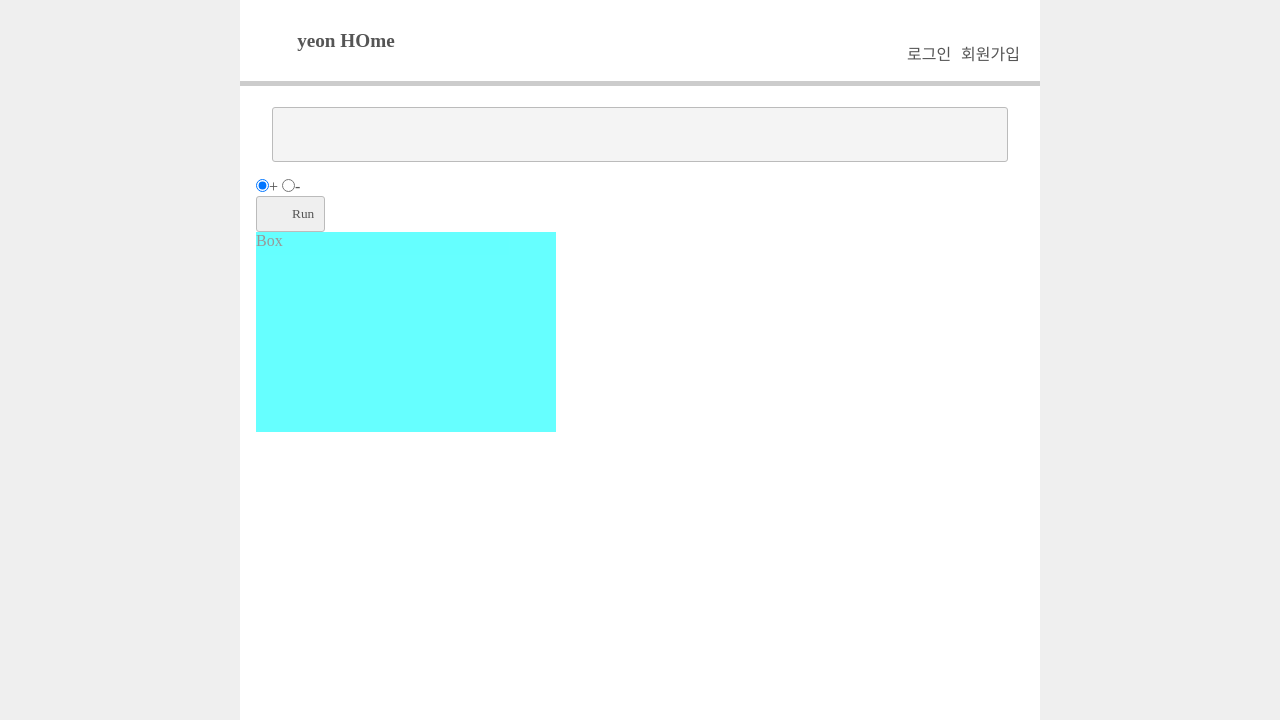
Repository: yeonhwa323/webPro
Page: webPro/src/main/webapp/jquery/days09/ex05_02.html
These files come from the project's save history. The page is drawn as it stood at one moment and after the next save; the edit follows.
The browser window is 1280 px wide. The pictures show the whole page.
After loading, the first visible `button` was clicked once.
Some web fonts or font styles are not loaded; a fallback is used.

Above is the page before, as saved 2024-04-17 05:50:25.

### webPro/src/main/webapp/jquery/days09/ex05_02.html
<!DOCTYPE html>
<html>
<head>
<meta charset="UTF-8">
<meta name="viewport" content="width=device-width, initial-scale=1.0">
<title>Insert title here</title>
<link rel="shortcut icon" type="image/x-icon" href="http://localhost/webPro/images/SiSt.ico">
<script src="https://ajax.googleapis.com/ajax/libs/jquery/3.7.1/jquery.min.js"></script>
<link rel="stylesheet" href="http://localhost/webPro/resources/cdn-main/example.css">
<script src="http://localhost/webPro/resources/cdn-main/example.js"></script>
<style>
 span.material-symbols-outlined{
   vertical-align: text-bottom;
 }
</style>
<style>
  #box{
  	width: 100px;
  	height: 100px;

  	position: absolute; /*절대좌표, 상대좌표*/

  	background-color: aqua;
  }
</style>
</head>
<body>
<header>
  <h1 class="main"><a href="#" style="position: absolute;top:30px;">yeon HOme</a></h1>
  <ul>
    <li><a href="#">로그인</a></li>
    <li><a href="#">회원가입</a></li>
  </ul>
</header>
<div>
  <xmp class="code">
  </xmp>

  <input type="radio" name="direction" value="+" checked="checked"/>+</input>
  <input type="radio" name="direction" value="-" />-</input>
  <br>
  <button>Run</button>

  <div id="box">Box</div>

</div>

 <script>
   $("button").on("click", function () {
	   // animate() 메서드는
	   // 대기열(Queue) 기능과 함께 사용할 수 있다.
	   //   FIFO 구조(first in, first out)

	   // 		  대기열(Queue) - 순서적으로 처리하는 과정을 거침.
	   // A 사람  1) 방청소  2) 마트 3) 저녁준비

	   $("#box")
	   		.animate({ height: "300px", opacity: "0.4"}, "slow")
	   		.animate({ width: "300px", opacity: "0.8"}, "slow")
	   		.animate({ height: "100px", opacity: "0.4"}, "slow")
	   		.animate({ width: "100px", opacity: "0.8"}, "slow")
	   		.animate({ fontSize: "3em"} );
   		});

 </script>

 <!-- [1]
 <script>
   $("button").on("click", function () {
	   let direction =
		   $(":radio[name='direction']:checked").val();

	   $("#box").animate({
		   left:`${direction}=50px`
	   });

   });

 </script>
 -->

</body>
</html>

### webPro/src/main/webapp/resources/cdn-main/example.css
@charset "UTF-8";

@import url('https://fonts.googleapis.com/css2?family=Material+Symbols+Outlined:opsz,wght,FILL,GRAD@20..48,100..700,0..1,-50..200');

@font-face {
    font-family: 'GmarketSansMedium';
    src: url('https://cdn.jsdelivr.net/gh/projectnoonnu/noonfonts_2001@1.1/GmarketSansMedium.woff') format('woff');
    font-weight: normal;
    font-style: normal;
}

:root {
	--text-color: #555;
	--sub-text-color: #777;
	--back-color: #EFEFEF;
	--header-color: #444;
	--primary-color: #DEDEDE;
	--secondary-color: #EFEFEF;
	--default-width: 800px;
	--narrow-width: 500px;
	--wide-width: 1200px;
	--text-font: 'GmarketSansMedium';
	--icon-font: 'Material Symbols Outlined';
	--border-color: #CCC;
}

html, body {
	margin: 0;
	padding: 0;
}

html {
	background-color: var(--back-color);
	display: flex;
	justify-content: center;
	min-height: 100vh;
}

body, body.default {
	width: var(--default-width);
	background-color: white;
	padding-bottom: 120px;
}

body.wide {
	width: var(--wide-width);
}

body.narrow {
	width: var(--narrow-width);
}



body, p, div, span, a, input, select, option, textarea, button, table, th, td, label, fieldset, legend {
	font-family: var(--text-font);
	color: var(--text-color);
}

h1, h2, h3 {
	font-family: var(--text-font);
	color: var(--header-color);
	padding: 0 1rem;
	padding-top: .5rem;
}

div > h1, div > h2, div > h3 {
	padding: 0;
}

body > div, body > main > div {
	padding: 0.3rem 1rem;
}


h1 { font-size: 2rem; border-bottom: 1px solid var(--border-color); }
h1 small { font-size: 1.2rem; color: var(--sub-text-color); }
h2 { font-size: 1.5rem; border-bottom: 1px dashed var(--border-color); }
h2 small { font-size: 1.1rem; color: --sub-text-color; }
h3 { font-size: 1.2rem; }
h3 small { font-size: 1rem; color: --sub-text-color; }



h1.main::before {
	font-family: var(--icon-font);
  	content: '\e666';
  	margin-right: 10px;
  	float: left;
	font-size: 2.5rem;
}

h1.sub::before {
	font-family: var(--icon-font);
  	content: '\ea19';
  	margin-right: 10px;
  	float: left;
	font-size: 2.5rem;
}


h1.page::before {
	font-family: var(--icon-font);
  	content: '\e0e0';
  	margin-right: 10px;
  	float: left;
	font-size: 2.5rem;
}

body > header > ul > li > .active{
	background-color: #FFF;
	color:#F00;
}

body > header {
	display: flex;
	justify-content: space-between;
	border-bottom: 5px solid var(--border-color);
	min-height: 74px;
	background-color: #FFF;
}

body > header.sticky {
	position: sticky;
	top: 0;
	z-index: 98;
}

body > header > h1 {
	font-size: 1.2rem;
	border: 0;
}

body > header.in > h1::before {
	font-family: var(--icon-font);
  	content: '\e332‥';
  	margin-right: 3px;
  	float: left;
	font-size: 2rem;
}


body > header > ul {
	list-style-type: none;
	display: flex;
	align-items: flex-end;
	margin-right: 10px;
}

body > header > ul > li {
	margin-right: 10px;
	cursor: pointer;
}

body > header > ul > li > a {
	cursor: pointer;
}


form {
	display: block;
}

form > div {
	padding: 0.3rem 1rem;
}

div > form > div {
	padding: 0.3rem 0;
}

input, textarea, button, select {
	border: 1px solid #BBB;
	border-radius: 3px;
	outline: none;
	resize: none;
	padding: 7px;
	margin: 0;
}

input[type=text]:read-only, textarea:read-only {
	cursor: not-allowed;
	background-color: #FFF;
}

input[type=text]:disabled, textarea:disabled {
	cursor: not-allowed;
	background-color: #EEE;
}

input[type=text], input[type=password], textarea, button, select {
	/* width: 300px; */
}

textarea {
	display: block;
	height: 100px;
}

input[type=button], input[type=submit], button {
	/* width: inherit; */
}

input.short, textarea.short, button.short, select.short {
	width: 100px;
}

input.long, textarea.long, button.long, select.long {
	width: 350px;
}

.narrow input.long, .narrow textarea.long, .narrow button.long, .narrow select.long {
	width: calc(100% - 20px);
}

input.full, textarea.full, button.full, select.full {
	width: calc(100% - 20px);
}

textarea.short {
	height: 50px;
}

textarea.long {
	height: 100px;
}

textarea.full {
	height: 200px;
}

input, textarea {
	padding-top: 8px;
}

input[type=button], input[type=submit], button {
	padding: 5px 10px;
	background-color: var(--secondary-color);
	cursor: pointer;
	min-height: 36px;
}

input[type=button].primary, input[type=submit].primary, button.primary {
	/* background-color: rgba(100, 149, 237, .2); */
	background-color: var(--primary-color);
}

input[type=button].primary:hover, input[type=submit].primary:hover, button.primary:hover {
	/* background-color: rgba(100, 149, 237, .3); */
	background-color: var(--secondary-color);
}

input[type=button]:hover, input[type=submit]:hover, button:hover {
	background-color: var(--primary-color);
}

button {
	position: relative;
	left: 0;
	top: 0;
	padding-left: 35px;
}

button .material-symbols-outlined {
	position: absolute;
	left: 10px;
	top: 4px;
}

/* k2nik add */
button.login::before {
	font-family: var(--icon-font);
  	content: '\ea77';
	position: absolute;
	left: 11px;
	top: 4px;
	font-size: 1.25rem;
}

/* k2nik logout */
button.logout::before {
	font-family: var(--icon-font);
  	content: '\e9ba';
	position: absolute;
	left: 11px;
	top: 4px;
	font-size: 1.25rem;
}

/* k2nik help */
button.help::before {
	font-family: var(--icon-font);
  	content: '\f1c0';
	position: absolute;
	left: 11px;
	top: 4px;
	font-size: 1.25rem;
}

button.add::before{
	font-family: var(--icon-font);
  	content: '\e746';
	position: absolute;
	left: 11px;
	top: 4px;
	font-size: 1.25rem;
}

button.back::before {
	font-family: var(--icon-font);
  	content: '\e166';
	position: absolute;
	left: 11px;
	top: 4px;
	font-size: 1.25rem;
}

button.list::before {
	font-family: var(--icon-font);
  	content: '\e0ee';
	position: absolute;
	left: 11px;
	top: 4px;
	font-size: 1.25rem;
}


button.del::before {
	font-family: var(--icon-font);
  	content: '\e872';
	position: absolute;
	left: 11px;
	top: 4px;
	font-size: 1.25rem;
}


button.edit::before {
	font-family: var(--icon-font);
  	content: '\e745';
	position: absolute;
	left: 11px;
	top: 4px;
	font-size: 1.25rem;
}


button.login::before {
	font-family: var(--icon-font);
  	content: '\ea77';
	position: absolute;
	left: 11px;
	top: 4px;
	font-size: 1.25rem;
}


button.logout::before {
	font-family: var(--icon-font);
  	content: '\e9ba';
	position: absolute;
	left: 11px;
	top: 4px;
	font-size: 1.25rem;
}


button.in::before {
	font-family: var(--icon-font);
  	content: '\f71a';
	position: absolute;
	left: 11px;
	top: 4px;
	font-size: 1.25rem;
}


button.out::before {
	font-family: var(--icon-font);
  	content: '\f70e';
	position: absolute;
	left: 11px;
	top: 4px;
	font-size: 1.25rem;
}


button.reply::before {
	font-family: var(--icon-font);
  	content: '\e15e';
	position: absolute;
	left: 11px;
	top: 4px;
	font-size: 1.25rem;
}


button.comment::before {
	font-family: var(--icon-font);
  	content: '\e0b9';
	position: absolute;
	left: 11px;
	top: 4px;
	font-size: 1.25rem;
}


button.modal::before {
	font-family: var(--icon-font);
  	content: '\e89e';
	position: absolute;
	left: 11px;
	top: 4px;
	font-size: 1.25rem;
}


button.ok::before {
	font-family: var(--icon-font);
  	content: '\e86c';
	position: absolute;
	left: 11px;
	top: 4px;
	font-size: 1.25rem;
}


button.cancel::before {
	font-family: var(--icon-font);
  	content: '\e5c9';
	position: absolute;
	left: 11px;
	top: 4px;
	font-size: 1.25rem;
}

button.search::before {
	font-family: var(--icon-font);
  	content: '\e8b6';
	position: absolute;
	left: 11px;
	top: 4px;
	font-size: 1.25rem;
}

button.home::before {
	font-family: var(--icon-font);
  	content: '\e88a';
	position: absolute;
	left: 11px;
	top: 4px;
	font-size: 1.25rem;
}


button.sidebar::before {
	font-family: var(--icon-font);
  	content: '\f7e4';
	position: absolute;
	left: 11px;
	top: 4px;
	font-size: 1.25rem;
}


button.sidebar-right::before {
	font-family: var(--icon-font);
  	content: '\f7e5';
	position: absolute;
	left: 11px;
	top: 4px;
	font-size: 1.25rem;
}




button::before {
	font-family: var(--icon-font);
  	content: '\e323';
	position: absolute;
	left: 11px;
	top: 4px;
	font-size: 1.25rem;
}


table {
	border-collapse: collapse;
	margin: 1rem;
	box-sizing: border-box;
	width: calc(100% - 32px);
}

table.content {
	width: auto;
}

div > table {
	margin: 0;
}

table th, table td {
	border: 1px solid var(--border-color);
	padding: 7px;
	font-weight: normal;
}

table th {
	background-color: var(--back-color);
}

table.vertical th {
	width: 150px;
}

table.vertical td {
	width: calc(100% - 182px);
	padding-left: 10px;
}

table.content td, table.content th {
	width: auto;
}

body.narrow table.vertical th {
	width: 100px;
}

body.narrow table.vertical td {
	width: calc(100% - 182px);
}


table + table {
	margin-top: 30px;
}


p {
	padding: 0 1rem;
}

a {
	text-decoration: none;
}

a:hover {
	color: rgba(255, 99, 71, .7);
}

hr {
	border: 0;
	border-top: 1px solid var(--border-color);
	margin: 2rem 0;
}

.message {
	border: 1px solid var(--border-color);
	background-color: #EFEFEF;
	margin: 1rem;
	width: auto;
	padding-top: 10px;
	padding-bottom: 10px;
	font-size: 14px;
}

.message[title]::before {
	content: attr(title);
	display: block;
	border-bottom: 1px solid var(--border-color);
	padding-bottom: 5px;
	margin-bottom: 10px;
	margin-top: 7px;
}

.message.short {
	max-width: 250px;
}

.message.long {
	max-width: 500px;
}

.badge {
	float: right;
	font-size: .8rem;
	margin-top: 2px;
	margin-right: 2px;
	text-shadow: 0 0 7px gray;
}

.badge.left {
	float: none;
	margin-left: 2px;
}

.badge.right {
	float: right;
}

.badge.red {
	border-radius: 50%;
	padding: 2px 5px;
	background-color: rgb(255, 99, 71, .3);
}

.badge.yellow {

	border-radius: 50%;
	padding: 2px 5px;
	background-color: rgb(255, 215, 0, .5);
}

.badge.blue {
	border-radius: 50%;
	padding: 2px 5px;
	background-color: rgb(100, 149, 237, .3);
}

label + label {
	margin-left: 7px;
}

label input[type=checkbox], label input[type=radio] {
	transform: translate(0, 1px);
}

.group {
	display: flex;
}

.modal-content .group {
	margin-bottom: .5rem;
}

.group label {
	border: 1px solid #BBB;
	border-radius: 3px;
	outline: none;
	resize: none;
	padding: 7px 14px;
	margin: 0;
	border-top-right-radius: 0;
	border-bottom-right-radius: 0;
	background-color: #EFEFEF;
	white-space: nowrap;
	font-size: 14px;
}

.group input[type=text] {
	margin-left: -1px;
	border-top-left-radius: 0;
	border-bottom-left-radius: 0;
}

.group select {
	margin-left: -1px;
	border-top-left-radius: 0;
	border-bottom-left-radius: 0;
}

.group input.full[type=text] {
	margin-left: -1px;
	border-top-left-radius: 0;
	border-bottom-left-radius: 0;
	width: 100%;
}

.group input[type=button]:first-child, .group button:first-child {
	border-top-left-radius: 3px;
	border-bottom-left-radius: 3px;
	margin-left: 0px;
}

.group input[type=button], .group button {
	border-radius: 0;
	margin-left: -1px;
}

.group input[type=button]:last-child, .group button:last-child {
	margin-left: -1px;
	border-top-right-radius: 3px;
	border-bottom-right-radius: 3px;
}

.seperate {
	display: flex;
	justify-content: space-between;
}

div.list {
	width: max-content;
	margin: 1rem;
	border: 1px solid #BBB;
	border-radius: 3px;
	padding: 0;
}

div.list.full {
	width: auto;
	display: block;
	margin: 1rem;
	border: 1px solid #BBB;
	border-radius: 3px;
	padding: 0;
}

div.list > div {
	padding: .5rem 1rem;
	margin: 0;
	border-bottom: 1px solid #BBB;
}

div.list > div:last-child {
	border-bottom: 0;
}

pre.code , xmp.code{
	font-family: consols;
	background-color: rgba(150, 150, 150, .1);
	border: 1px solid #BBB;
	border-radius: 3px;
	padding: .5rem 1rem;
	padding-bottom: .6rem;
	margin: 1rem;
}




*[data-modal-window] {
	position: fixed;
	background-color: rgba(0, 0, 0, .3);
	left: 0;
	top: 0;
	display: none;
	justify-content: center;
	align-items: flex-start;
	width: 100%;
	min-height: 100vh;
	z-index: 100;
	opacity: 0;
	transition: 500ms all;
}

*[data-modal-window] .modal-container {
	border-radius: 5px;
	padding: 1rem;
	padding-bottom: .5rem;
	margin-top: -500px;
	opacity: 0;
	width: 500px;
	background-color: #FFF;
	margin-right: 2rem;
	transition: 500ms all;
}

*[data-modal-size=content] .modal-container {
	width: auto;
}

*[data-modal-size=narrow] .modal-container {
	width: 300px;
}

*[data-modal-size=wide] .modal-container {
	width: 760px;
}


*[data-modal-window] .modal-header {
	border-bottom: 1px solid var(--border-color);
	padding: 2px 5px;
}

*[data-modal-window] .modal-content {
	padding: 1rem 5px;
}

*[data-modal-window] .modal-content div:last-child {
	margin-top: 1rem;
	text-align: right;
}



*[data-sidebar-window] {
	position: fixed;
	background-color: #FFF;
	left: 0;
	top: 0;
	display: block;
	width: 300px;
	border-right: 1px solid var(--border-color);
	box-sizing: border-box;
	box-shadow: 0 0 3px var(--back-color);
	min-height: 100vh;
	z-index: 99;
	transform: translate(-300px, 0);
	transition-duration: 500ms;
	transition-property: transform;
}

*[data-sidebar-direction=right] {
	left: auto;
	right: 0;
	transform: translate(300px, 0);
	border-left: 1px solid var(--border-color);
}

*[data-sidebar-size=wide] {
	width: 500px;
	transform: translate(-500px, 0);
}

*[data-sidebar-window] .sidebar-title {
	border-bottom: 1px solid var(--border-color);
	margin-top: 20px;
	margin-bottom: 20px;
	padding-bottom: 5px;
	display: flex;
	justify-content: space-between;
}

*[data-sidebar-window] .sidebar-title span:last-child {
	cursor: pointer;
}


/* K2Nik pagination */
.center {
  text-align: center;
}

.pagination {
  display: inline-block;
}

.pagination a {
  color: black;
  float: left;
  padding: 3px 6px;
  text-decoration: none;
  transition: background-color .3s;
  border: 1px solid #ddd;
  margin: 0 3px;
}

.pagination a.active {
  background-color: #4CAF50;
  color: white;
  border: 1px solid #4CAF50;
}

.pagination a:hover:not(.active) {background-color: #ddd;}

### webPro/src/main/webapp/resources/cdn-main/example.js

window.onload = () => {

    const list = document.querySelectorAll('input, textarea');

    list.forEach(item => {
        item.setAttribute('autocomplete', 'off');
    });


    const modal_btn_list = document.querySelectorAll('*[data-modal-button]');

    modal_btn_list.forEach(item => {
        item.onclick = function() {

            const name = this.dataset['modalButton'];
            const modal_window = document.querySelector('*[data-modal-window=' + name);

            const container = document.createElement('div');
            container.className = 'modal-container';



            const modal_header = document.createElement('div');
            modal_header.textContent = modal_window.dataset['modalTitle'];
            modal_header.className = 'modal-header';
            container.appendChild(modal_header);

            const modal_content = document.createElement('div');
            modal_content.className = 'modal-content';
            container.appendChild(modal_content);

            Array.from(modal_window.childNodes).forEach(item => {
                modal_content.appendChild(item);
            });

            modal_window.appendChild(container);

            modal_window.style.display = 'flex';

            setTimeout(() => {
                modal_window.style.opacity = 1;
                container.style.marginTop = '20px';
                container.style.opacity = 1;
            }, 50);


            const modal_ok = document.querySelector('*[data-modal-ok=' + name);
            modal_ok.addEventListener('click', function() {
                modal_window.style.opacity = 0;
                container.style.marginTop = '-500px';
                container.style.opacity = 0;

                setTimeout(() => {
                    modal_window.innerHTML = modal_content.innerHTML;
                    modal_window.style.display = 'none';
                }, 500);

            });

            const modal_cancel = document.querySelector('*[data-modal-cancel=' + name);
            modal_cancel.addEventListener('click', function() {

                modal_window.style.opacity = 0;
                container.style.marginTop = '-500px';
                container.style.opacity = 0;

                setTimeout(() => {
                    modal_window.innerHTML = modal_content.innerHTML;
                    modal_window.style.display = 'none';
                }, 500);
            });


        };
    });


    const sidebar_btn_list = document.querySelectorAll('*[data-sidebar-button]');

    sidebar_btn_list.forEach(item => {
        item.onclick = function() {



            const name = this.dataset['sidebarButton'];
            const sidebar_window = document.querySelector('*[data-sidebar-window=' + name);

            if (sidebar_window.style.transform == 'translate(0px, 0px)') return;



            sidebar_window.style.transform = 'translate(0, 0)';

            const sidebar_title = document.createElement('div');
            sidebar_title.className = 'sidebar-title';
            sidebar_title.innerHTML = '<span>' + sidebar_window.dataset['sidebarTitle'] + '</span><span class="material-symbols-outlined">close</span>';

            sidebar_title.children[1].onclick = function() {

                let sign = 1;
                let distance = 300;

                if (sidebar_window.dataset['sidebarDirection'] != 'right') {
                    sign = -1;
                } else {
                    sign = 1;
                }

                if (sidebar_window.dataset['sidebarSize'] != 'wide') {
                    distance = 300;
                } else {
                    distance = 500;
                }

                distance *= sign;

                sidebar_window.style.transform = 'translate(' + distance + 'px, 0)';

                setTimeout(function() {
                    sidebar_window.removeChild(sidebar_window.children[0]);
                }, 500);
            };


            sidebar_window.prepend(sidebar_title);

        }
    });

};

// window.onkeydown = function(event) {

//     if (event.keyCode == 27) {
//         if (document.querySelector('[data-modal-window').style.display == 'flex') {
//             document.querySelector('[data-modal-window').style.display = 'none';
//         }
//     }

// };

After the next save:
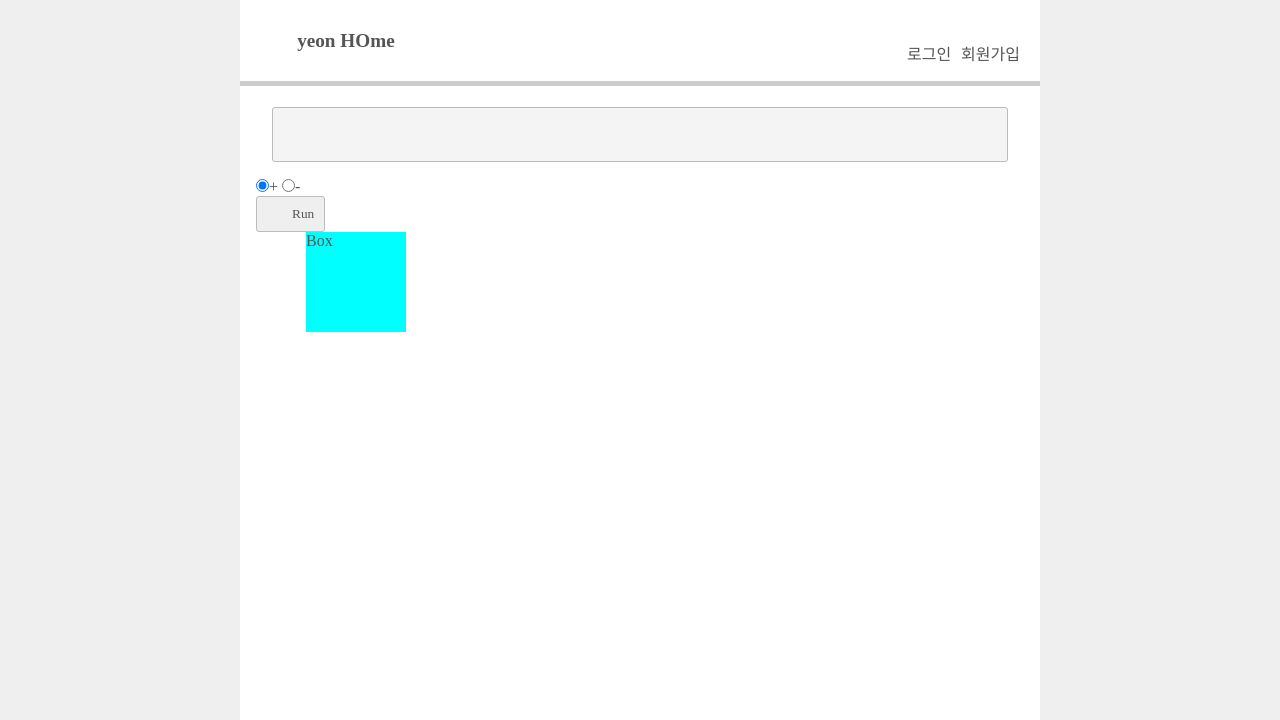
Saved 2 min 12 s later.
--- a/webPro/src/main/webapp/jquery/days09/ex05_02.html
+++ b/webPro/src/main/webapp/jquery/days09/ex05_02.html
@@ -46,6 +46,7 @@
 </div>
 
  <script>
+ /*
    $("button").on("click", function () {
 	   // animate() 메서드는
 	   // 대기열(Queue) 기능과 함께 사용할 수 있다.
@@ -61,7 +62,7 @@
 	   		.animate({ width: "100px", opacity: "0.8"}, "slow")
 	   		.animate({ fontSize: "3em"} );
    		});
-
+    */
  </script>
 
  <!-- [1]
@@ -79,5 +80,19 @@
  </script>
  -->
 
+
+<script>
+   $("button").on("click", function () {
+	   let direction =
+		   $(":radio[name='direction']:checked").val();
+
+	   $("#box").animate({
+		   left:`${direction}=50px`
+	   });
+
+   });
+
+ </script>
+
 </body>
 </html>
